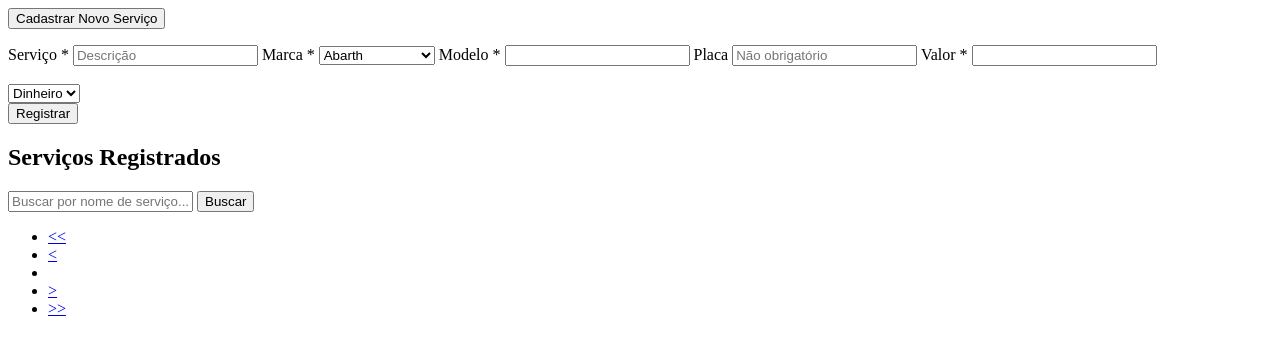
Repository: DanielGMT/AutoCenter-2.0
Page: http://localhost/Biblioteca/resources/admin/autor/content.jsp
These files come from the project's save history. The page is drawn as it stood at one moment and after the next save; the edit follows.
The browser window is 1280 px wide. The pictures show the whole page.
The page is served by Tomcat 9. Other server files are loaded and not shown.

Above is the page before, as saved 2022-03-10 17:13:14.
Console error: ReferenceError: SENAI is not defined

### Biblioteca/WebContent/resources/admin/autor/content.jsp
<script type="text/javascript" src="autor/js/autor.js"></script>
<script type="text/javascript"src="autor/js/jquery.maskMoney.js"></script>


<div id="cadastrarAutor">
	<p>
		<button class="btn btn-primary" id="downButton" type="button"
			data-toggle="collapse" data-target="#collapseExample"
			aria-expanded="false" aria-controls="collapseExample">
			Cadastrar Novo Serviço <span class="caret"></span>
		</button>
	</p>
</div>
<div class="collapse" id="collapseExample">
	<form>
		<div class="form-group">
			<label for="exampleInputEmail1">Serviço *</label> <input
				class="form-control" id="inputname" placeholder="Descrição">
					<label class="control-label" for="nome">Marca *</label>
				<select class="form-control" name="marca" id="inputmarca" autocomplete="off"
				minlength="3" maxlength="25" maxlength="25">
				<option value="Abarth">Abarth</option>
				<option value="Alfa Romeo">Alfa Romeo</option>
				<option value="Alpine">Alpine</option>
				<option value="Aston Martin">Aston Martin</option>
				<option value="Audi">Audi</option>
				<option value="Bentley">Bentley</option>
				<option value="BMW">BMW</option>
				<option value="Citroën">Citroën</option>
				<option value="Chevrolet">Chevrolet</option>
				<option value="Cupra">Cupra</option>
				<option value="Dacia">Dacia</option>
				<option value="DS">DS</option>
				<option value="Ferrari">Ferrari</option>
				<option value="Fiat">Fiat</option>
				<option value="Ford">Ford</option>
				<option value="Hafei">Hafei</option>
				<option value="Honda">Honda</option>
				<option value="Hyundai">Hyundai</option>
				<option value="Jaguar">Jaguar</option>
				<option value="JEEP">JEEP</option>
				<option value="KIA">KIA</option>
				<option value="Lamborghini">Lamborghini</option>
				<option value="Land Rover">Land Rover</option>
				<option value="Lexus">Lexus</option>
				<option value="Lifan">Lifan</option>
				<option value="Maserati">Maserati</option>
				<option value="Mazda">Mazda</option>
				<option value="Mercedes-Benz">Mercedes-Benz</option>
				<option value="MG">MG</option>
				<option value="MINI">MINI</option>
				<option value="Mitsubishi">Mitsubishi</option>
				<option value="Nissan">Nissan</option>
				<option value="Opel">Opel</option>
				<option value="Peugeot">Peugeot</option>
				<option value="Porsche">Porsche</option>
				<option value="Renault">Renault</option>
				<option value="SEAT">SEAT</option>
				<option value="Skoda">Skoda</option>
				<option value="Smart">Smart</option>
				<option value="Suzuki">Suzuki</option>
				<option value="Subaru">Subaru</option>
				<option value="TESLA">TESLA</option>
				<option value="Toyota">Toyota</option>
				<option value="Volkswagen">Volkswagen</option>
				<option value="Volvo">Volvo</option>
			</select>
		<label for="exampleInputEmail1">Modelo *</label> <input
				class="form-control" id="inputmodelo">

		<label for="placa">Placa</label> <input
				class="form-control" id="inputname" placeholder="Não obrigatório">
		<label for="valor">Valor *</label> <input
				class="form-control" type="text" id="inputvalor">
				<br><br>
		<select class="form-control" name="pagamento" id="inputpagamento" autocomplete="off"
				minlength="3" maxlength="25" maxlength="25">
				<option value=1>Dinheiro</option>
				<option value=2>Cartão</option>
				<option value=3>PIX</option>
			</select>
		<div id="entrar">
			<button type="button" id="add-new"
				onclick="SENAI.biblioteca.cadastrarServico()" class="btn btn-primary">Registrar</button>
		</div>
	</form>
</div>
</div>
<div class="table-wrapper">
	<div class="col-md-12">
		<h2 class="pt-3 pb-4 text-center font-bold font-up deep-purple-text">Serviços
			Registrados</h2>
		<div id="divBusca">
			<input type="text" class='form-control' id="searchBar" placeholder="Buscar por nome de serviço..." />
			<button id="searchButton" OnClick="SENAI.biblioteca.buscarAutor()">Buscar</button>
		</div>
	</div>
	<div class="resultadoAutores"></div>
<ul class="pagination">
    <li class="page-item">
      <a class="first" href="#"><<</a>
    </li>
    <li class="page-item">
      <a class="prev" href="#"><</a>
    </li>
   <li class="numbers">

   </li>
    <li class="page-item">
      <a class="next" href="#">></a>
    </li>
    <li class="page-item">
      <a class="last" href="#">>></a>
    </li>
  </ul>
	<div class="clearfix">
		<div class="hint-text"></div>

	</div>
</div>
<div id="editarServico" style="display: none">
	<label>Serviço:</label> <input id="servicoEdit" class='form-control' name="servico" type="text">
	<input name="idServico" id="idAutorEdit" type="hidden">
	<label>Marca:</label> <input id="marcaEdit" class='form-control' name="marca" type="text">
	<input name="idMarca" id="idMarcaEdit" type="hidden">
	<label>Modelo:</label> <input id="modeloEdit" class='form-control' name="modelo" type="text">
	<input name="idModelo" id="idModeloEdit" type="hidden">
	<label>Placa:</label> <input id="placaEdit" class='form-control' name="placa" type="text">
	<input name="idPlaca" id="idPlacaEdit" type="hidden">
	<label>Valor:</label> <input id="valorEdit" class='form-control' name="valor" type="text">
	<input name="idValor" id="idValorEdit" type="hidden">
</div>

<div id="msg" style="display: none"></div>

### Biblioteca/WebContent/resources/admin/autor/js/autor.js
SENAI.biblioteca = new Object();

$(document)
		.ready(
				function() {
					SENAI.biblioteca.cadastrarServico = function() {

						var novoAutor = new Object();
						novoAutor.nome = $("#inputname").val();

						var cfgajax = {
							url : "../../rest/bibliotecaRest/addAutor",
							data : novoAutor,

							success : function(msg) {
								var cfg = {
									title : "Mensagem",
									height : 250,
									width : 400,
									modal : true,
									buttons : {
										"OK" : function() {
											$(this).dialog("close");
										}
									}
								};
								$("#msg").html(msg);
								$("#msg").dialog(cfg);

								SENAI.biblioteca.buscarAutor();
							},

							error : function(err) {
								alert("Erro ao cadastrar um novo autor!"
										+ err.responseText);
							}

						};

						SENAI.ajax.post(cfgajax);
					};

					SENAI.biblioteca.buscarAutor = function() {
						var valorBusca = $("#searchBar").val();
						SENAI.biblioteca.exibirAutores(undefined, valorBusca);
					};


					SENAI.biblioteca.exibirAutores = function(listaDeAutores,
							valorBusca) {
						var search = document.getElementById("searchBar");
						search.addEventListener("keyup", function(event) {
						  if (event.keyCode === 13) {
						   event.preventDefault();
						   document.getElementById("searchButton").click();
						  }
						});
						var html = "<table class='table table-bordered'>";
						html += "<tr><th>Nome</th><th id='acao'>Ações</th></tr>";
						if (listaDeAutores != undefined
								&& listaDeAutores.length > 0) {

							let perPage = 12
							const state = {
							  page: 1,
							  perPage,

							  totalPage: Math.ceil(listaDeAutores.length / perPage),
							  maxVisibleButtons: 5
							}

						 const html = {
									get(element){
										return document.querySelector(element)
									}
							}






							const controls = {
							  next(){
							    state.page++

							    const lastPage = state.page > state.totalPage
							    if(lastPage) {
							    	state.page--
							    }
							  },
							  prev(){
								  state.page--
								  if(state.page < 1){
									  state.page++
								  }
							  },
							  goTo(page){
								 state.page = +page
							   },

							  createListeners() {


								  html.get('.next').addEventListener('click', () => {
									  controls.next()
									  update()
								  })

								  html.get('.prev').addEventListener('click', () => {
									  controls.prev()
									  update()
								  })

								 html.get('.last').addEventListener('click', () => {
									  controls.goTo(state.totalPage)
									  update()
								  })

								  html.get('.first').addEventListener('click', () => {
									  controls.goTo(1)
									  update()
								  })}


							}

							var str1 = "";

							var n = "";
							var date = new Date();
							var str2 = new Date();
							var dd = String(str2.getDate()).padStart(2, '0');
							var mm = String(str2.getMonth() + 1).padStart(2, '0'); //January is 0!
							var yyyy = str2.getFullYear();

							const list = {

									create(item){

										html.get('.fleinin').innerHTML += "<tr><td>"
											+ item.nome
											+ "</td>"
											+ "<td><a class = 'edit' onclick = 'SENAI.biblioteca.editarAutor("
											+ item.id
											+ "); '>"
											+ "<i class='glyphicon glyphicon-pencil'></i></a>"
											+ "<a class = 'delete' onclick = 'SENAI.biblioteca.deletarAutor("
											+ item.id
											+ ")'>"
											+ "<i class='glyphicon glyphicon-trash'></i></a></td></tr>";


							},
							createTable(){
								const table = document.createElement('table')
								table.classList.add('table')
								table.classList.add('table-bordered')

								table.innerHTML += "<tbody class ='fleinin'><tr><th>Nome</th><th>Ações</th></tr>"
								+ "</tbody>";
								html.get('.resultadoAutores').appendChild(table);
							},
							update(){

								 html.get('.resultadoAutores').innerHTML = ""
									 list.createTable()
								let page = state.page - 1
								let start = page * state.perPage
								let end = start + state.perPage
								const paginatedItems = listaDeAutores.slice(start, end)

								paginatedItems.forEach(list.create);
							 }

					 	}

						const buttons = {
								element: html.get('.pagination .numbers'),
								create(number) {
									const button = document.createElement('a')

									button.innerHTML = number;

									if(state.page == number){
										button.classList.add('active')
									}

									button.addEventListener('click', (event) => {
										const page = event.target.innerText

										controls.goTo(page)
										update()
									})

									buttons.element.appendChild(button)
								},
								update() {
									buttons.element.innerHTML = ""
										const {maxLeft, maxRight} = buttons.calculateMaxVisible()


										for(let page = maxLeft; page<=maxRight; page++){
											buttons.create(page)
										}
								},
								calculateMaxVisible(){
									const { maxVisibleButtons } = state
									let maxLeft = (state.page - Math.floor(maxVisibleButtons / 2))
									let maxRight = (state.page + Math.floor(maxVisibleButtons / 2))
								 if(maxLeft < 1){
									 maxLeft = 1
									 maxRight = maxVisibleButtons
								 }
									if(maxRight > state.totalPage){
										maxLeft = state.totalPage - (maxVisibleButtons - 1)
										maxRight = state.totalPage

										if(maxLeft < 1){
											maxLeft = 1
										}
									}

									return {maxLeft, maxRight}
								}
						}

						function update() {
							list.update()
					 		buttons.update()
					 	}

					 	function init(){
					 		update()
					 		controls.createListeners()
					 	}

					 	init();


						} else {
							if (listaDeAutores == undefined) {
								if (valorBusca == "") {
									valorBusca = null;
								}
								var cfg = {
									type : "POST",
									url : "../../rest/bibliotecaRest/buscarAutoresPorNome/"
											+ valorBusca,
									success : function(listaDeAutores) {
										SENAI.biblioteca
												.exibirAutores(listaDeAutores);
									},
									error : function(err) {
										alert("Erro ao consultar os autores: "
												+ err.responseText);
									}
								};

								SENAI.ajax.post(cfg);
							} else {
								const html = {
										get(element){
											return document.querySelector(element)
										}
								}
								html.get('.resultadoAutores').innerHTML = "<span><label><font color='red'> Nenhum registro encontrado. </font></label></span>";

							}
						}

					};

					SENAI.biblioteca.exibirAutores(undefined, "");

					SENAI.biblioteca.deletarAutor = function(id) {
						msg = "Tem certeza que deseja excluir este autor?"
							var cfg = {
									title : "Mensagem",
									height : 250,
									width : 400,
									modal : true,
									buttons : {
										"Não" : function() {
											$(this).dialog("close");
										},
										"Sim" : function(){
											var cfg = {
												type : "POST",
												url : "../../rest/bibliotecaRest/deletarAutor/"
														+ id,
												success : function(msg) {
													var qtLinhas = $("#resultadoAutores tr").length;
													$(this).parents("tr").remove();
													$("#add-new").removeAttr("disabled");
													var cfg = {
														title : "Mensagem",
														height : 250,
														width : 400,
														modal : true,
														buttons : {
															"OK" : function() {
																$(this).dialog("close");
															}
														}
													};

													$("#msg").html(msg);
													$("#msg").dialog(cfg);

													SENAI.biblioteca.buscarAutor();
												},
												error : function(err) {
													alert("Erro: "
															+ err.responseText);
												}
											};
											SENAI.ajax.post(cfg);
										}
									}
								};
						$("#msg").html(msg);
						$("#msg").dialog(cfg);
					}

					SENAI.biblioteca.editarAutor = function(id) {
						var cfg = {
							type : "POST",
							url : "../../rest/bibliotecaRest/buscarAutorPeloId/"
									+ id,
							success : function(autor) {
								$("#nomeEdit").val(autor.nome);
								$("#idAutorEdit").val(autor.id);
								SENAI.biblioteca.exibirEdicao(autor);
							},
							error : function(err) {
								alert("Erro ao editar o autor!"
										+ err.responseText);
							}
						};
						SENAI.ajax.post(cfg);
					};


					SENAI.biblioteca.exibirEdicao = function(autor) {
						var cfg = {
							title : "Editar Autor",
							height : 180,
							width : 550,
							modal : true,
							buttons : {
								"Cancelar" : function() {
									$(this).dialog("close");
								},

								"Salvar" : function() {
									var dialog = this;
									var autor = new Object();
									autor.id = $("#idAutorEdit").val();
									autor.nome = $("#nomeEdit").val();

									var cfg = {
										type : "POST",
										url : "../../rest/bibliotecaRest/editarAutor",
										data : autor,

										success : function(msg) {
											$(dialog).dialog("close");
											var cfg = {
												title : "Mensagem",
												height : 250,
												width : 400,
												modal : true,
												buttons : {
													"OK" : function() {
														$(this).dialog("close");
													}
												}
											};
											$("#msg").html(msg);
											$("#msg").dialog(cfg);

											SENAI.biblioteca.buscarAutor();
										},
										error : function(err) {
											alert("Erro ao editar o autor "+ err.responseText);
										}
									};

									SENAI.ajax.post(cfg);
								}
							},
							close : function() {
							}
						};
						$("#editarAutor").dialog(cfg);
					};

					$(function() {
						$("#inputvalor").maskMoney({prefix:'R$ ', allowNegative: true, thousands:'.', decimal:',', affixesStay: false});

					})
					SENAI.biblioteca.mascara = function(valor){




					}


				});

Loaded but not shown: Biblioteca/WebContent/resources/admin/autor/js/jquery.maskMoney.js (library)

After the next save:
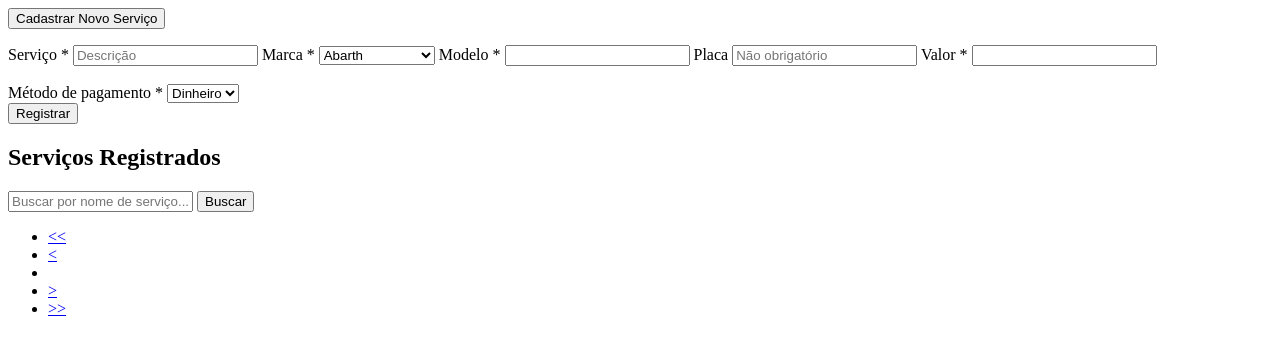
Saved 52 s later.
--- a/Biblioteca/WebContent/resources/admin/autor/content.jsp
+++ b/Biblioteca/WebContent/resources/admin/autor/content.jsp
@@ -73,6 +73,7 @@
 		<label for="valor">Valor *</label> <input
 				class="form-control" type="text" id="inputvalor">
 				<br><br>
+		<label for="valor">Método de pagamento *</label>
 		<select class="form-control" name="pagamento" id="inputpagamento" autocomplete="off"
 				minlength="3" maxlength="25" maxlength="25">
 				<option value=1>Dinheiro</option>
